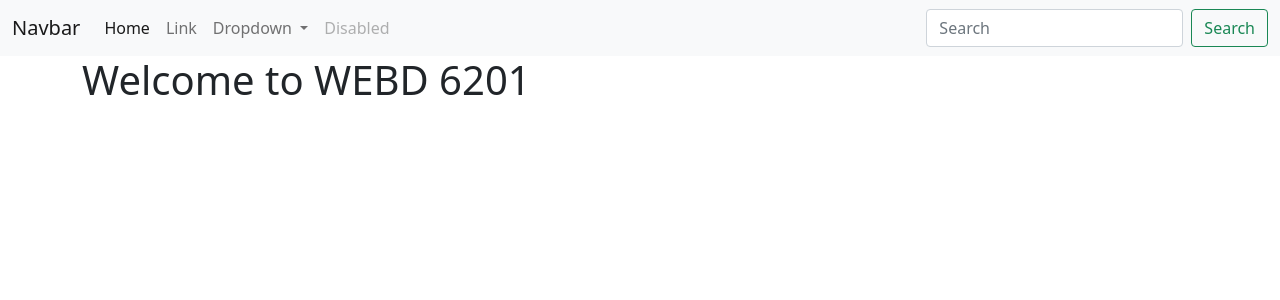
Repository: vans12345678/WEBD6201-W2021-Week3
Page: index.html
An editor plug-in stored every save of this project. The page is shown before and after the next save, followed by the edit.
The browser window is 1280 px wide. The pictures show the whole page.

Above is the page before, as saved 2021-01-20 20:24:39.

After the next save:
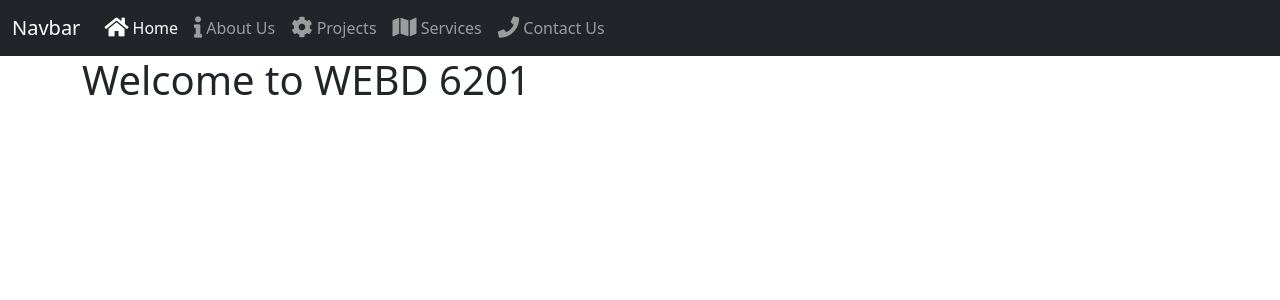
Saved 94 s later.
--- a/index.html
+++ b/index.html
@@ -14,7 +14,7 @@
 
 <body>
     <header>
-        <nav class="navbar navbar-expand-lg navbar-light bg-light">
+        <nav class="navbar navbar-expand-lg navbar-dark bg-dark">
             <div class="container-fluid">
               <a class="navbar-brand" href="#">Navbar</a>
               <button class="navbar-toggler" type="button" data-bs-toggle="collapse" data-bs-target="#navbarSupportedContent" aria-controls="navbarSupportedContent" aria-expanded="false" aria-label="Toggle navigation">
@@ -23,30 +23,25 @@
               <div class="collapse navbar-collapse" id="navbarSupportedContent">
                 <ul class="navbar-nav me-auto mb-2 mb-lg-0">
                   <li class="nav-item">
-                    <a class="nav-link active" aria-current="page" href="#">Home</a>
+                    <a class="nav-link active" aria-current="page" href="#"><i class="fas fa-home fa-lg"></i> Home</a>
                   </li>
+
                   <li class="nav-item">
-                    <a class="nav-link" href="#">Link</a>
+                    <a class="nav-link" aria-current="page" href="#"><i class="fas fa-info fa-lg"></i> About Us</a>
                   </li>
-                  <li class="nav-item dropdown">
-                    <a class="nav-link dropdown-toggle" href="#" id="navbarDropdown" role="button" data-bs-toggle="dropdown" aria-expanded="false">
-                      Dropdown
-                    </a>
-                    <ul class="dropdown-menu" aria-labelledby="navbarDropdown">
-                      <li><a class="dropdown-item" href="#">Action</a></li>
-                      <li><a class="dropdown-item" href="#">Another action</a></li>
-                      <li><hr class="dropdown-divider"></li>
-                      <li><a class="dropdown-item" href="#">Something else here</a></li>
-                    </ul>
+
+                  <li class="nav-item">
+                    <a class="nav-link" aria-current="page" href="#"><i class="fas fa-cog fa-lg"></i> Projects</a>
                   </li>
+
                   <li class="nav-item">
-                    <a class="nav-link disabled" href="#" tabindex="-1" aria-disabled="true">Disabled</a>
+                    <a class="nav-link" aria-current="page" href="#"><i class="fas fa-map fa-lg"></i> Services</a>
+                  </li>
+
+                  <li class="nav-item">
+                    <a class="nav-link" aria-current="page" href="#"><i class="fas fa-phone fa-lg"></i> Contact Us</a>
                   </li>
                 </ul>
-                <form class="d-flex">
-                  <input class="form-control me-2" type="search" placeholder="Search" aria-label="Search">
-                  <button class="btn btn-outline-success" type="submit">Search</button>
-                </form>
               </div>
             </div>
           </nav>
